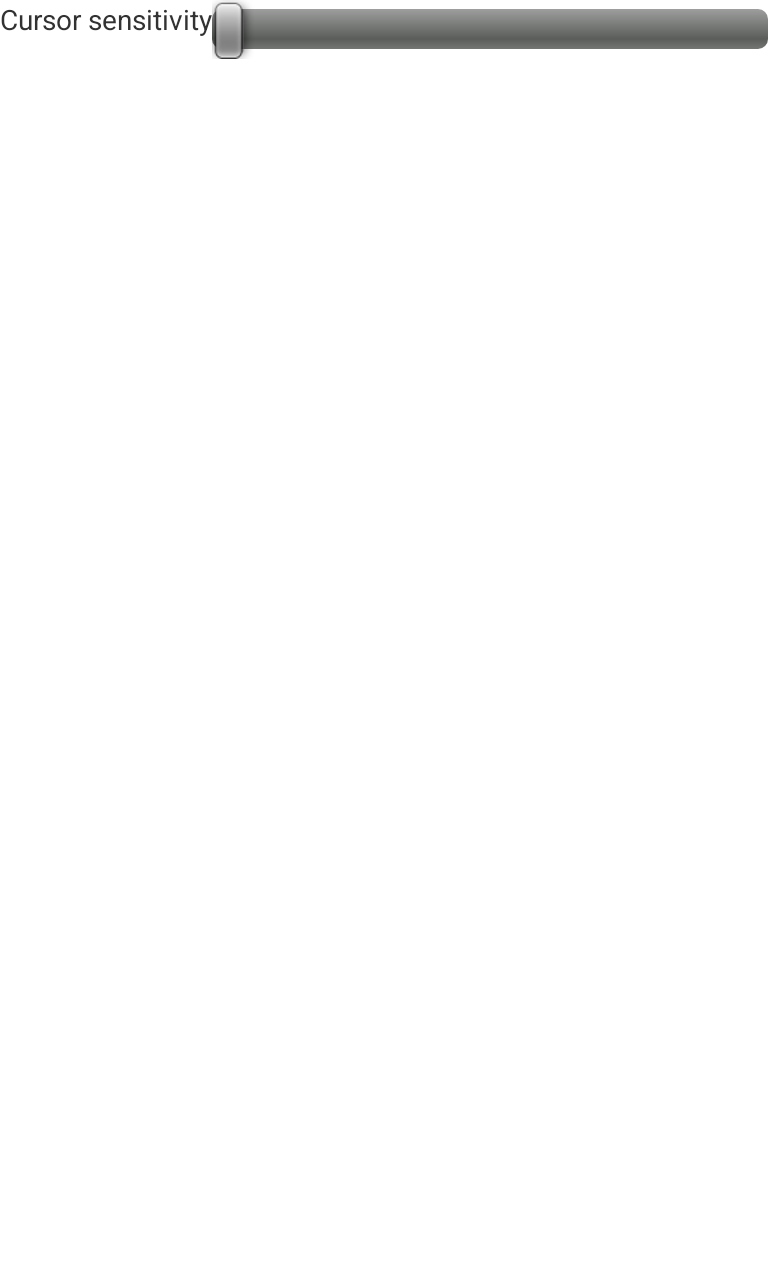
Repository: kamiljano/PCRemote
Layout: workspace/PCRemote/res/layout/preferences_activity.xml
The author's editor kept a copy of each file at every save. The layout is drawn from the files as they stood at one save, then again after the next save.
It is drawn on a 768 x 1280 px phone screen (xhdpi) without system bars, with theme AppTheme; the app's code is not run.

Above is the layout before, as saved 2012-09-21 15:16:58.

After the next save:
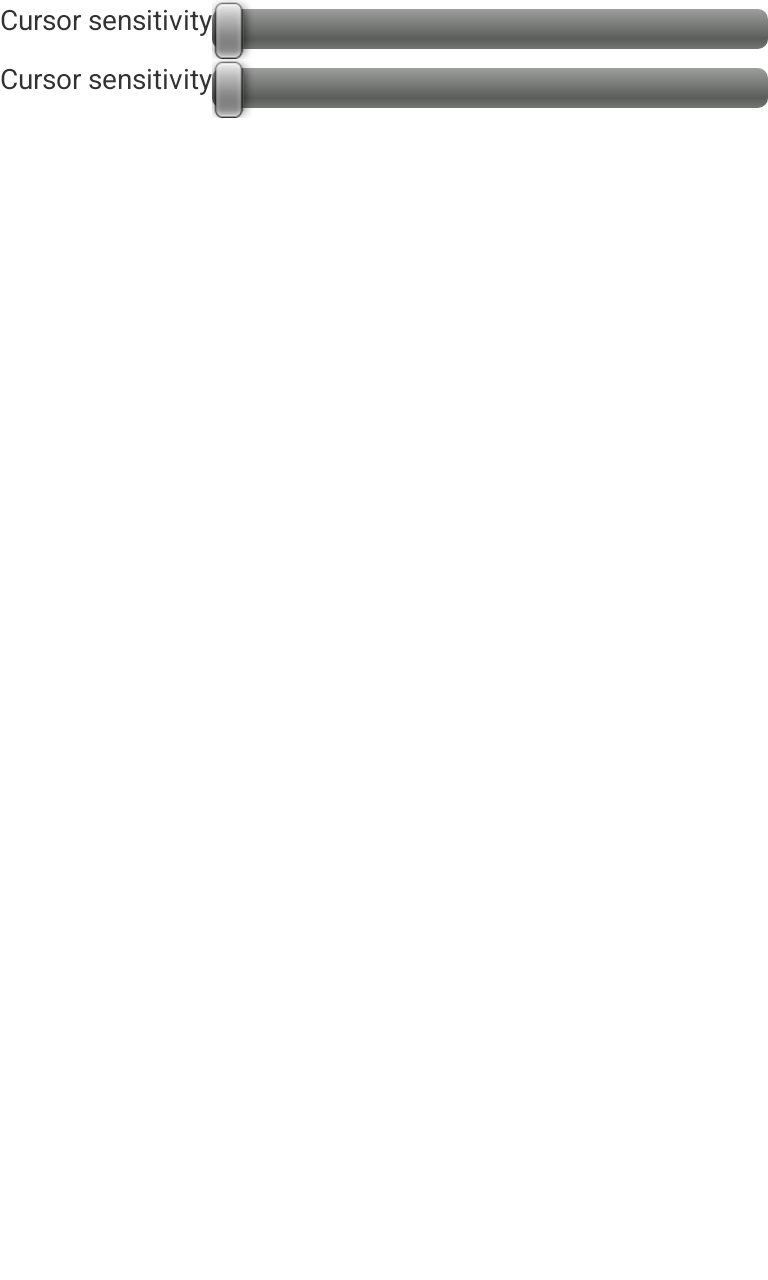
Saved 84 s later.
--- a/workspace/PCRemote/res/layout/preferences_activity.xml
+++ b/workspace/PCRemote/res/layout/preferences_activity.xml
@@ -24,6 +24,22 @@
 
         </TableRow>
 
+        <TableRow
+            android:layout_width="match_parent"
+            android:layout_height="wrap_content" >
+
+            <TextView
+                android:layout_width="wrap_content"
+                android:layout_height="wrap_content"
+                android:text="@string/cursorSens" />
+
+            <SeekBar
+                android:id="@+id/cursorSens"
+                android:layout_width="match_parent"
+                android:layout_height="wrap_content" />
+
+        </TableRow>
+
     </TableLayout>
 
 </ScrollView>
